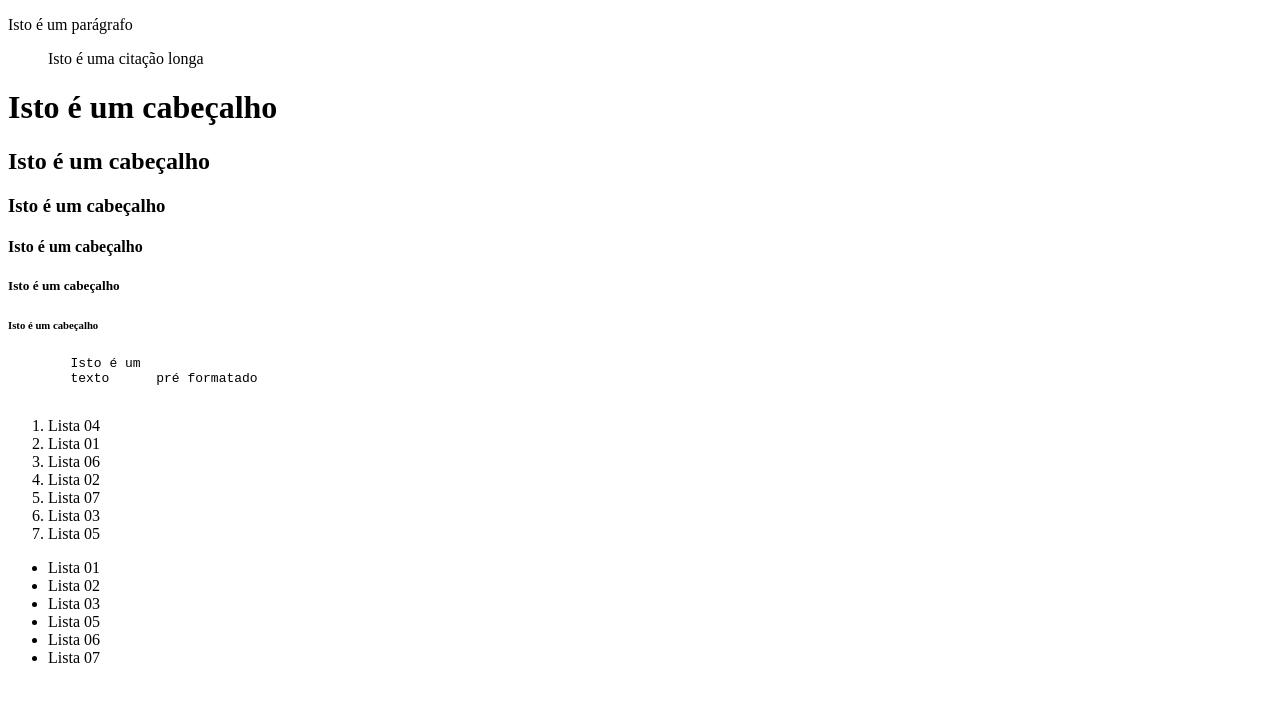
Repository: robsonwssantos/Projeto_Olaria
Page: aula02/index.html
These files come from the project's save history. The page is drawn as it stood at one moment and after the next save; the edit follows.
The browser window is 1280 px wide. The pictures show the whole page.

Above is the page before, as saved 2023-04-11 21:12:08.

After the next save:
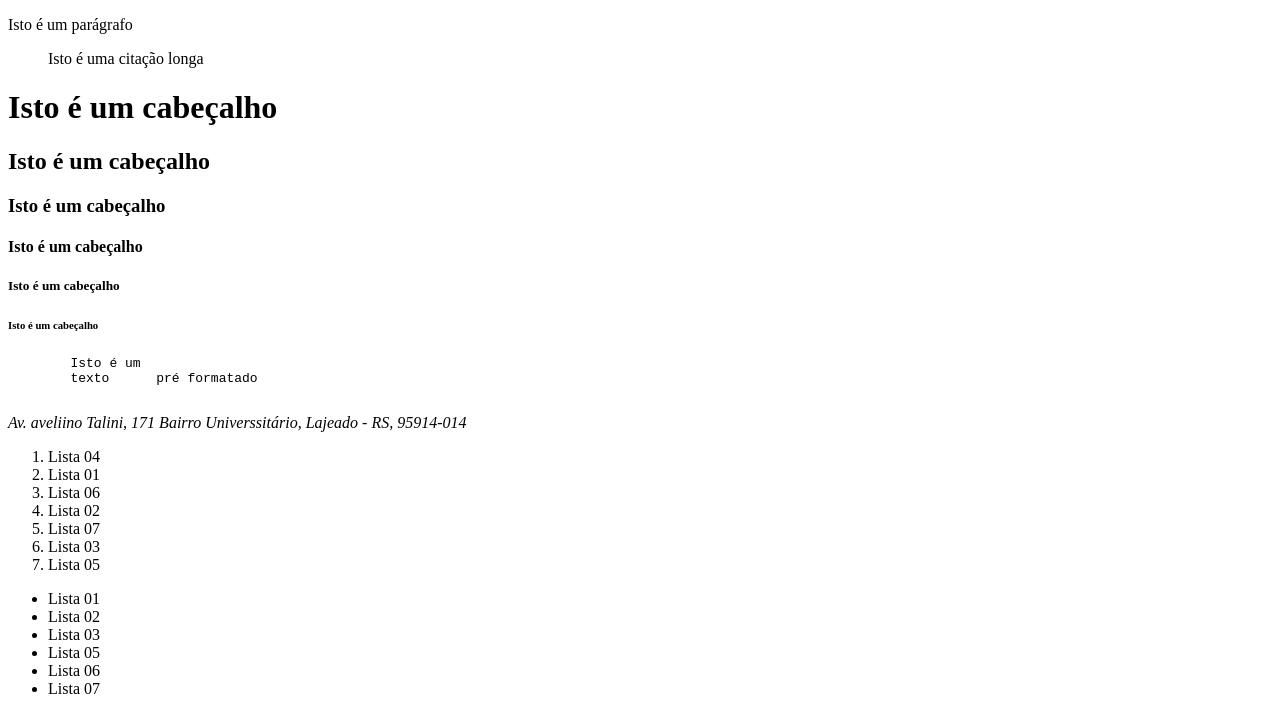
Saved 2 min 39 s later.
--- a/aula02/index.html
+++ b/aula02/index.html
@@ -21,6 +21,11 @@
         texto      pré formatado
     </pre>
 
+    <address>
+        Av. aveliino Talini, 171
+        Bairro Universsitário, Lajeado - RS, 95914-014
+    </address>
+
     <ol>
         <li>Lista 04</li>
         <li>Lista 01</li>
